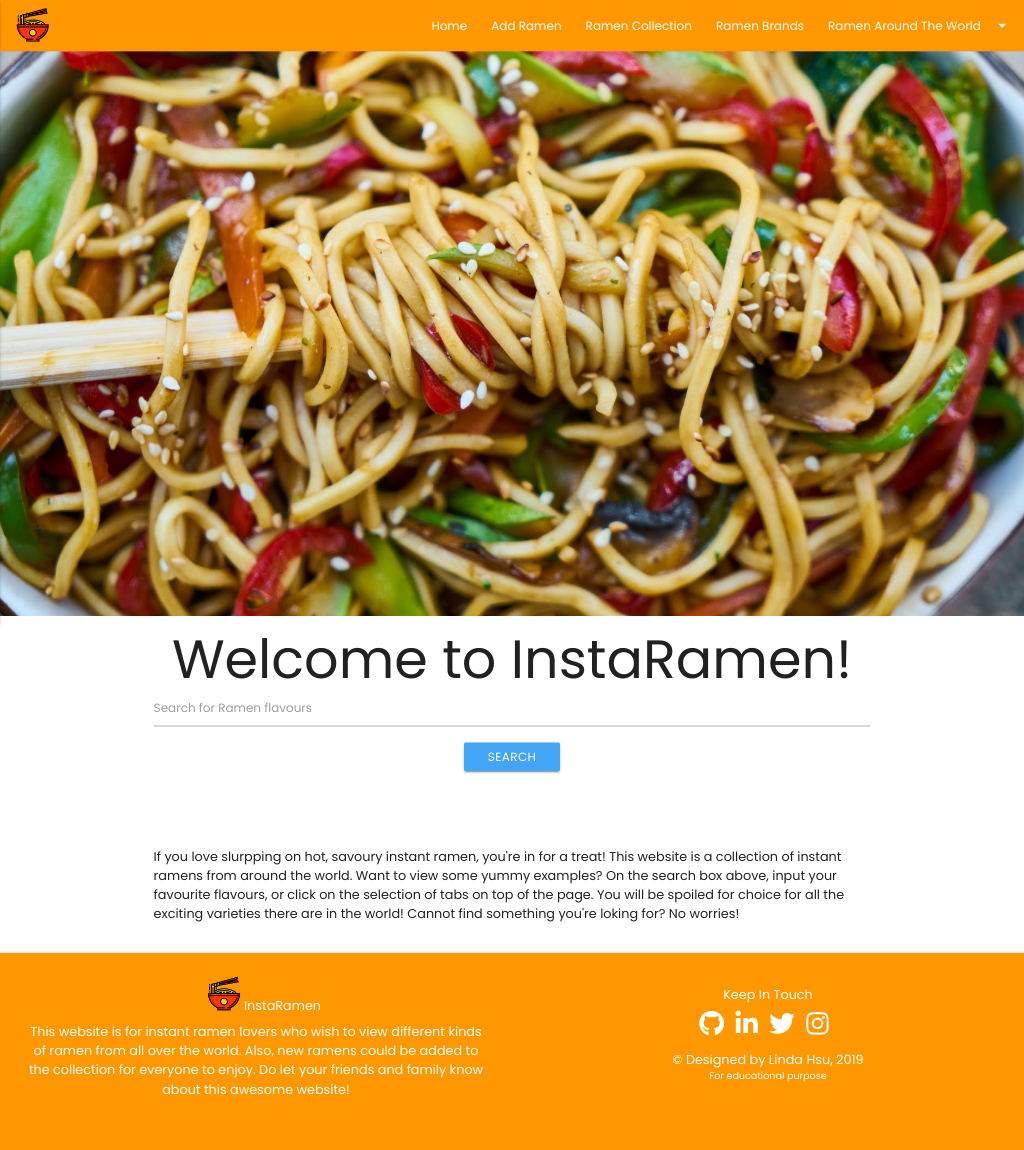
Repository: Paddlepop25/codeinstitute-insta-ramen
Page: http://localhost/
The author's editor kept a record of every edit. The page is drawn from the files as they stood at one moment, then again after the next edit.
The browser window is 1280 px wide. The pictures show the whole page, at 80% of full size.
Some web libraries are served in a nearby version. The page is served by the project's application, run on Flask 3 (app.py). Queries for data that is not in the repository find no rows.

Above is the page before.

### templates/index.html
{% extends 'base.html' %} {% block content %}

<div class="container-fluid">

    <div class="container-fluid">
    <div class="noodle_img_index">
      <img src="/static/images/noodle_index.jpeg" alt="delicious noodle ramen seseme seeds colorful" />
    </div>
  </div>

  <div class="container">
    <div class="row welcome-page">
      <div class="col s12">
        <div class="row">
          <h1>Welcome to InstaRamen!</h1>
        </div>
        <div class="row search-section">
          <form class="col s12" action="{{ url_for('search_ramen') }}">
            <div class="row">
              <div class="input-field col s12">
                <input id="search" name="query" type="text" class="validate">
                <label for="search">Search for Ramen flavours</label>
                <div class="search-button">
                  <button class="btn waves-effect waves-light blue lighten-1" type="submit" name="action">Search</button>
                </div>
              </div>
            </div>
          </form>
        </div>
      </div>
    </div>
  </div>

  <div class="container">
    <p>If you love slurpping on hot, savoury instant ramen, you're in for a treat! This website is a collection of instant ramens from around the world. Want to view some yummy examples? On the search box above, input your favourite flavours, or click on
      the selection of tabs on top of the page. You will be spoiled for choice for all the exciting varieties there are in the world! Cannot find something you're loking for? No worries! </p>
  </div>
  <div class="container">
    <div class="row">
      {% for three_ramen in lastest_three | sort (attribute='_id', reverse = True) %}
      <div class="col s12 m6 l4">
        <div class="card">
          <div class="card-image">
            <img src="./static/images/noodle1.jpg">
            <span class="card-title">Card Title</span>
          </div>
          <div class="card-content">
            <p>Brand: {{three_ramen.Brand}}</p>
            <p>Flavour: {{three_ramen.Flavour}}</p>
            <p>Country of Origin: {{three_ramen.Country}}</p>
            <p>Stars: {{three_ramen.Stars}}</p>
            <p>Ratings: {{three_ramen.Ratings}}</p>
          </div>
          <div class="card-action">
            <a href="{{url_for('display_ramen', ramen_id=three_ramen._id)}}" class="waves-effect waves-light btn">More</a>
          </div>
        </div>
      </div>
      {% endfor %}
    </div>
  </div>

</div>

{% endblock %}

### templates/base.html
<!DOCTYPE html>
<html>

<head>
  <link href="https://fonts.googleapis.com/icon?family=Material+Icons" rel="stylesheet">
  <link rel="stylesheet" href="https://cdnjs.cloudflare.com/ajax/libs/materialize/0.100.2/css/materialize.min.css">
  <link rel="stylesheet" href="https://use.fontawesome.com/releases/v5.8.1/css/all.css" integrity="sha384-50oBUHEmvpQ+1lW4y57PTFmhCaXp0ML5d60M1M7uH2+nqUivzIebhndOJK28anvf" crossorigin="anonymous" />
  <link href="https://fonts.googleapis.com/css?family=Montserrat|Poppins|Roboto&display=swap" rel="stylesheet">
  <link rel="icon" href="{{ url_for('static', filename='images/favicon.ico') }}" type="image/x-icon" />
  <link rel="stylesheet" href="/static/styles/styles.css" type="text/css" />

  <!-- Meta Data -->
  <meta charset="UTF-8">
  <meta name="viewport" content="width=device-width, initial-scale=1, shrink-to-fit=no">
  <meta http-equiv="X-UA-Compatible" content="ie=edge">
  <meta name="description" content="Insta Ramen">
  <meta name="keywords" content="Noodles, Ramen, Instant, Cup, Bowl, Packet">
  <meta name="author" content="Linda Hsu">

  <title>InstaRamen - {{ title }} </title>
</head>

<body>
  <header>
    <nav>
      <div class="nav-wrapper orange">
        <a href="{{url_for('index')}}" class="brand-logo"><img class="ramen_logo" src="{{ url_for('static', filename='images/noodle_icon.png') }}" alt="Ramen noodles with chopsticks logo"/></a>
        <a href="#" data-activates="mobile-demo" class="button-collapse"><i class="material-icons">menu</i></a>
        <ul class="right hide-on-med-and-down">
          <li><a href="{{url_for('index')}}">Home</a></li>
          <li><a href="{{url_for('add_ramen')}}">Add Ramen</a></li>
          <li><a href="{{url_for('get_ramen')}}">Ramen Collection</a></li>
          <li><a href="{{url_for('get_brands')}}">Ramen Brands</a></li>
          <li><a class="dropdown-button" href="#!" data-activates="dropdown1">Ramen Around The World<i class="material-icons right">arrow_drop_down</i></a>
            <ul id="dropdown1" class="dropdown-content">
              <li><a href="{{ url_for('ramen_asia') }}">Asia</a></li>
              <li><a href="{{ url_for('ramen_americas') }}">The Americas</a></li>
              <li><a href="{{ url_for('ramen_europe') }}">Europe</a></li>
              <li><a href="{{ url_for('ramen_rest_world') }}">Rest Of The World</a></li>
            </ul>
          </li>
        </ul>
        <ul class="side-nav" id="mobile-demo">
          <li><a href="{{url_for('index')}}">Home</a></li>
          <li><a href="{{url_for('add_ramen')}}">Add Ramen</a></li>
          <li><a href="{{url_for('get_ramen')}}">Ramen Collection</a></li>
          <li><a href="{{url_for('get_brands')}}">Ramen Brands</a></li>
          <li><a href="{{ url_for('ramen_asia') }}">Ramen from Asia</a></li>
          <li><a href="{{ url_for('ramen_americas') }}">Ramen from The Americas</a></li>
          <li><a href="{{ url_for('ramen_europe') }}">Ramen from Europe</a></li>
          <li><a href="{{ url_for('ramen_rest_world') }}">Ramen from Rest Of The World</a></li>
        </ul>
      </div>
    </nav>
  </header>

  {% block content %} {% endblock %}
    <div class="container-fluid">
  <footer class="page-footer orange">
      <div class="row">
        <div class="col s12 m6 footer-logo">
          <div class="website-info">
            <a href="{{url_for('index')}}" class="brand-logo"><img class="ramen_logo" src="{{ url_for('static', filename='images/noodle_icon.png') }}" alt="Ramen noodles with chopsticks logo"/></a>
            <a href="{{url_for('index')}}" class="white-text">InstaRamen</a>
          </div>
          <p>This website is for instant ramen lovers who wish to view different kinds of ramen from all over the world.
          Also, new ramens could be added to the collection for everyone to enjoy.
          Do let your friends and family know about this awesome website!</p>
        </div>

        <div class="col s12 m6 footer-social">
          <p>Keep In Touch</p>
          <span><a href="https://github.com/Paddlepop25" target="_blank" class="white-text"><i class="fab fa-github fa-2x"></i></a></span>
          <span><a href="https://www.linkedin.com/in/lindahsu007/" target="_blank" class="white-text"><i class="fab fa-linkedin-in fa-2x"></i></a></span>
          <span><a href="https://twitter.com/shecodeshsucode" target="_blank" class="white-text"><i class="fab fa-twitter fa-2x"></i></a></span>
          <span><a href="https://www.instagram.com/shecodeshsucodes/" target="_blank" class="white-text"><i class="fab fa-instagram fa-2x"></i></a></span>
          <p class="design">&copy; Designed by Linda Hsu, 2019</p>
          <small>For educational purpose</small>
        </div>
      </div>
  </footer>
    </div>

  <script src="https://cdnjs.cloudflare.com/ajax/libs/jquery/3.2.1/jquery.min.js"></script>
  <script src="https://cdnjs.cloudflare.com/ajax/libs/materialize/0.100.2/js/materialize.min.js"></script>
  <!--<script type="text/javascript" src="./static/scripts/app.js"></script>-->
  <script type="text/javascript">
    $(document).ready(function() {
      $(".button-collapse").sideNav();
      $('select').material_select();
      $(".dropdown-button").dropdown();
    });
  </script>
</body>

</html>

### app.py
import os
from flask import Flask, render_template, redirect, request, url_for
from flask_pymongo import PyMongo, DESCENDING
from bson.objectid import ObjectId
import re
import math

app = Flask(__name__)

app.config['MONGO_DBNAME'] = 'ramen_database'
app.config["MONGO_URI"] = os.environ.get("MONGO_URI")

mongo = PyMongo(app)

@app.route('/')
def index():
    lastest_three=mongo.db.ramens.find().sort([("_id", DESCENDING)]).limit(3)
    return render_template('index.html', title="Home", lastest_three=lastest_three)

@app.route('/display_ramen/<ramen_id>', methods=['GET'])
def display_ramen(ramen_id):
    ramen = mongo.db.ramens.find_one({"_id": ObjectId(ramen_id)})
    return render_template('display_ramen.html', title="Display Ramen", ramen=ramen)

@app.route('/get_ramen')
def get_ramen():
    ramens=mongo.db.ramens.find().sort([("_id", DESCENDING)])
    return render_template('ramen_collection.html', title="Ramen Collection", ramens=ramens)

@app.route('/ramen_asia')
def ramen_asia():
    ramens=mongo.db.ramens.find({'Continent': 'Asia'})
    return render_template('ramen_asia.html', title="Asian", ramens=ramens)

@app.route('/ramen_europe')
def ramen_europe():
    ramens=mongo.db.ramens.find({'Continent': 'Europe'})
    return render_template('ramen_europe.html', title="Europe", ramens=ramens)

@app.route('/ramen_americas')
def ramen_americas():
    ramens=mongo.db.ramens.find({'Continent': 'The Americas'})
    return render_template('ramen_americas.html', title="Europe", ramens=ramens)

@app.route('/ramen_rest_world')
def ramen_rest_world():
    ramens=mongo.db.ramens.find({'Continent': 'The Rest'})
    return render_template('ramen_rest_world.html', title="Rest Of The World", ramens=ramens)

@app.route('/ramen_world')
def ramen_world():
    ramens=mongo.db.ramens.find(
        {'$or':
            [{'Continent': 'Asia'},{'Continent': "Europe"},{'Continent': "The Americas"},{'Continent': "The Rest"}]
        }
        )
    return render_template('ramen_world.html', title="Rest Of The World", ramens=ramens)

@app.route('/search_ramen')
def search_ramen():
    orig_query = request.args['query']
    query = {'$regex': re.compile('.*{}.*'.format(orig_query)), '$options': 'i'}
    print(query)
    results=mongo.db.ramens.find({'Flavour': query})

    ramen = []
    for result in results:
        ramen.append(result)

    return render_template('ramen_search.html', title="Search Results", query=orig_query, ramen_search=ramen)

@app.route('/add_ramen')
def add_ramen():
    brands = mongo.db.brands.find()
    countries=mongo.db.countries.find()
    return render_template('add_ramen.html', title="Add a Ramen", countries=countries, brands=brands)

@app.route('/insert_ramen', methods=['POST'])
def insert_ramen():
    ramens = mongo.db.ramens
    new_ramen = {
        'Brand': request.form.get('Brand'),
        'Flavour':request.form.get('Flavour'),
        'Style': request.form.get('Style'),
        'Country':request.form.get('Country'),
        'Stars':int(request.form.get('Stars')),
        'Ratings':request.form.get('Ratings')
    }
    ramens.insert_one(new_ramen)
    return redirect(url_for('get_ramen'))

@app.route('/edit_ramen/<ramen_id>', methods=['GET'])
def edit_ramen(ramen_id):
    ramen = mongo.db.ramens.find_one({"_id": ObjectId(ramen_id)})
    brands = mongo.db.brands.find()
    countries = mongo.db.countries.find()
    return render_template('edit_ramen.html', title="Edit Ramen", ramen=ramen, brands=brands, countries=countries)

@app.route('/update_ramen/<ramen_id>', methods=["POST"])
def update_ramen(ramen_id):
    ramen = mongo.db.ramens
    ramen.update( {'_id': ObjectId(ramen_id)},
    {
        'Brand': request.form.get('Brand'),
        'Flavour':request.form.get('Flavour'),
        'Style': request.form.get('Style'),
        'Country':request.form.get('Country'),
        'Stars':int(request.form.get('Stars')),
        'Ratings':request.form.get('Ratings')
    })
    return redirect(url_for('get_ramen'))

@app.route('/delete_ramen/<ramen_id>')
def delete_ramen(ramen_id):
    mongo.db.ramens.remove({'_id': ObjectId(ramen_id)})
    return redirect(url_for('get_ramen'))

@app.route('/get_brands')
def get_brands():
    brands = mongo.db.brands.find()
    return render_template('brands.html', title="Ramen Brands", brands=brands)

@app.route('/add_brands')
def add_brands():
    brands = mongo.db.brands.find()
    add_a_brand = mongo.db.ramens.find()
    return render_template('add_brands.html', title="Add a Brand", add_a_brand=add_a_brand, brands=brands)

@app.route('/insert_brand', methods=['POST'])
def insert_brand():
    brand = mongo.db.brands
    query = request.form.get('Brand').lower()
    find_brand = mongo.db.brands.find_one({'Brand': query})
    if find_brand is None:
        new_brand = {
            'Brand': request.form.get('Brand').lower()
        }
        brand.insert_one(new_brand)
    return redirect(url_for('add_ramen'))

@app.errorhandler(404)
def error_404(not_found):
    return render_template('error404.html', title="Error 404", not_found=not_found)

if __name__ == '__main__':
    app.run(host=os.environ.get('IP'),
            port=int(os.environ.get('PORT')),
            debug=True)

### static/styles/styles.css
body {
    font-size: 16px;
    font-family: 'Poppins', cursive;
}

.noodle_img_index img {
    width: 100vw;
}

.welcome-page {
    text-align: center;
}

.welcome-page h1 {
    font-size: 2rem;
    margin-top: 10px;
    margin-bottom: 0;
}

.welcome-message {
    position: relative;
    top: -68px;
}

.search-section {
    position: relative;
    top: -35px;
}

.ramen_logo {
    width: 2.8rem;
    margin-left: 20px;
    margin-top: 10px;
}

.index-page .card .card-content {
    overflow: scroll;
    min-height: 100px;
}


.ramen_form {
    border: 2px solid black;
    border-radius: 25px;
    box-shadow: 2px 2px 8px grey;
    margin: 100px auto;
    padding: 20px;
}

.card .card-content {
    overflow: scroll;
    min-height: 200px;
}

/*Footer*/

.page-footer {
    padding-bottom: 20px;
}

.footer-logo {
    text-align: center;
}

.footer-logo p {
    position: relative;
    top: -8px;
    padding: 0px 18px;
}

.footer-logo small {
    position: relative;
    top: -25px;
}

.footer-social {
    text-align: center;
}

.footer-social p:first-child {
    margin-top: 0;
    margin-bottom: 7px;
}

.footer-social span {
    margin-right: 10px;
}

.design {
    margin-top: 15px;
    margin-bottom: 0;
}

.footer-social small {
    position: relative;
    top: -5px;
}


@media (min-width: 601px) {
    .welcome-page h1 {
        font-size: 3rem;
    }

    .footer-social {
        position: relative;
        top: 4.5vh;
    }
}

@media (min-width: 993px) {
    .welcome-page h1 {
        font-size: 3.9rem;
    }
}

@media (min-width: 1200px) {
    .welcome-page h1 {
        font-size: 4.5rem;
    }
}


@media (min-width: 1022px) {
    .footer-social {
        position: relative;
        top: 3vh;
    }
}

@media (min-width: 1450px) {
    .footer-social {
        position: relative;
        top: 1.5vh;
    }
}

After the next edit:
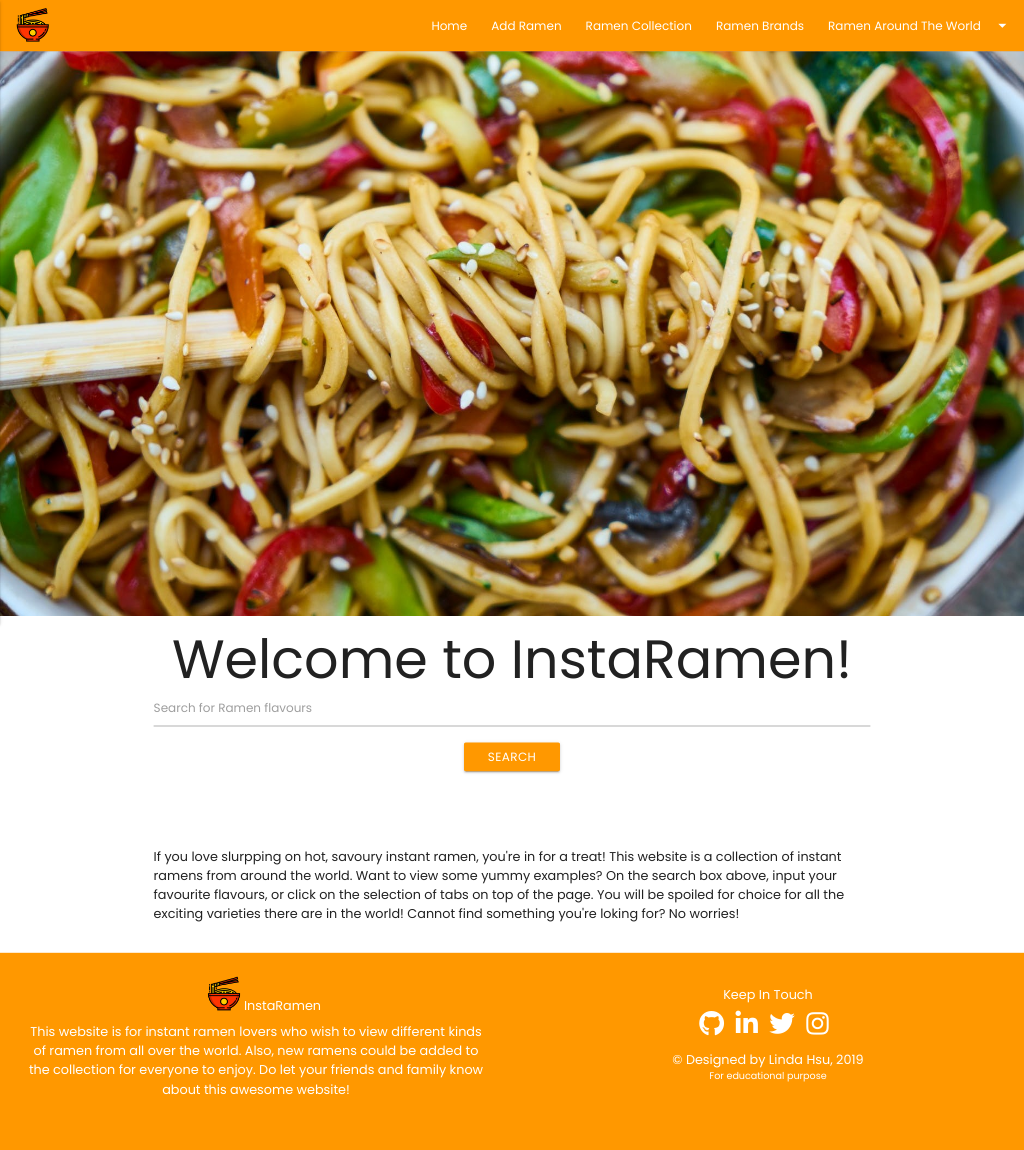
The edit:
--- a/templates/index.html
+++ b/templates/index.html
@@ -21,7 +21,7 @@
                 <input id="search" name="query" type="text" class="validate">
                 <label for="search">Search for Ramen flavours</label>
                 <div class="search-button">
-                  <button class="btn waves-effect waves-light blue lighten-1" type="submit" name="action">Search</button>
+                  <button class="btn waves-effect waves-light orange" type="submit" name="action">Search</button>
                 </div>
               </div>
             </div>
